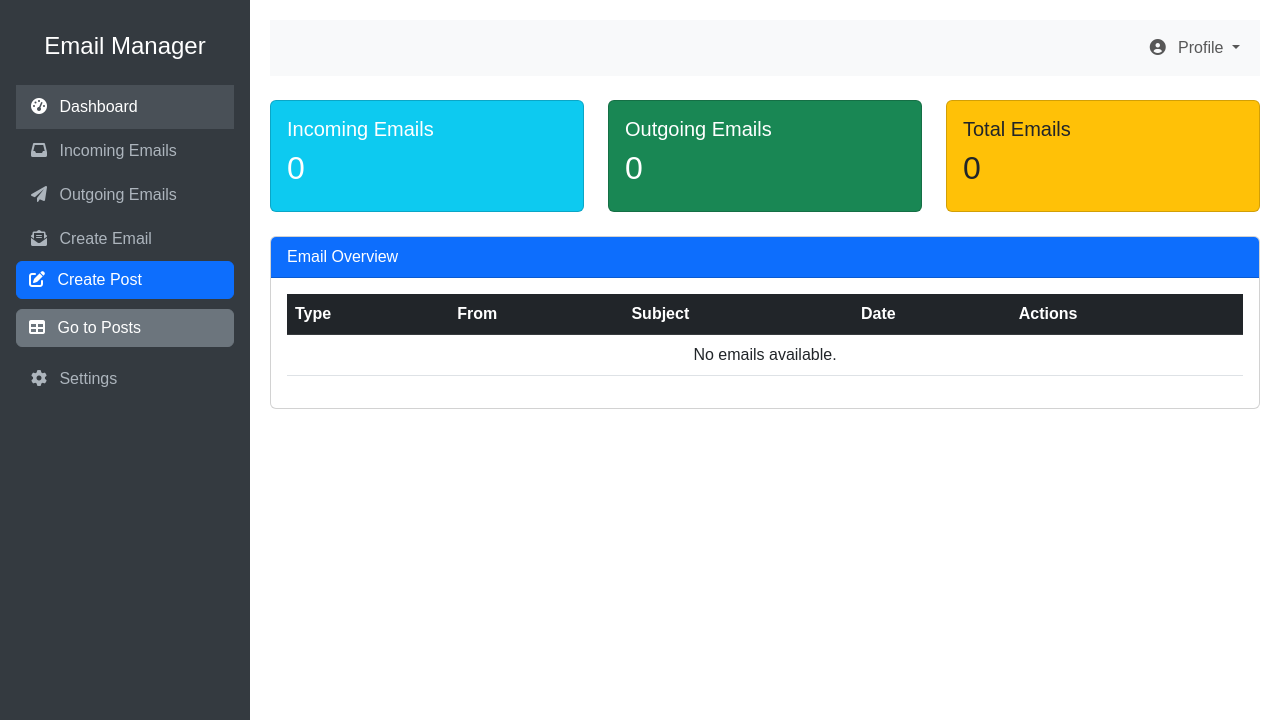
Repository: Abdulahi338/Authentication-using-laravel-11
Page: http://localhost/dashboard
An editor plug-in stored every save of this project. The page is shown before and after the next save, followed by the edit.
The browser window is 1280 px wide. The pictures show the whole page.
The page is served by the project's Laravel application, run on PHP 8.4 with Laravel 12. A made-up administrator, Test User (test@example.com), is signed in. Queries for data that is not in the repository find no rows.

Above is the page before, as saved 2024-11-25 10:40:24.

After the next save:
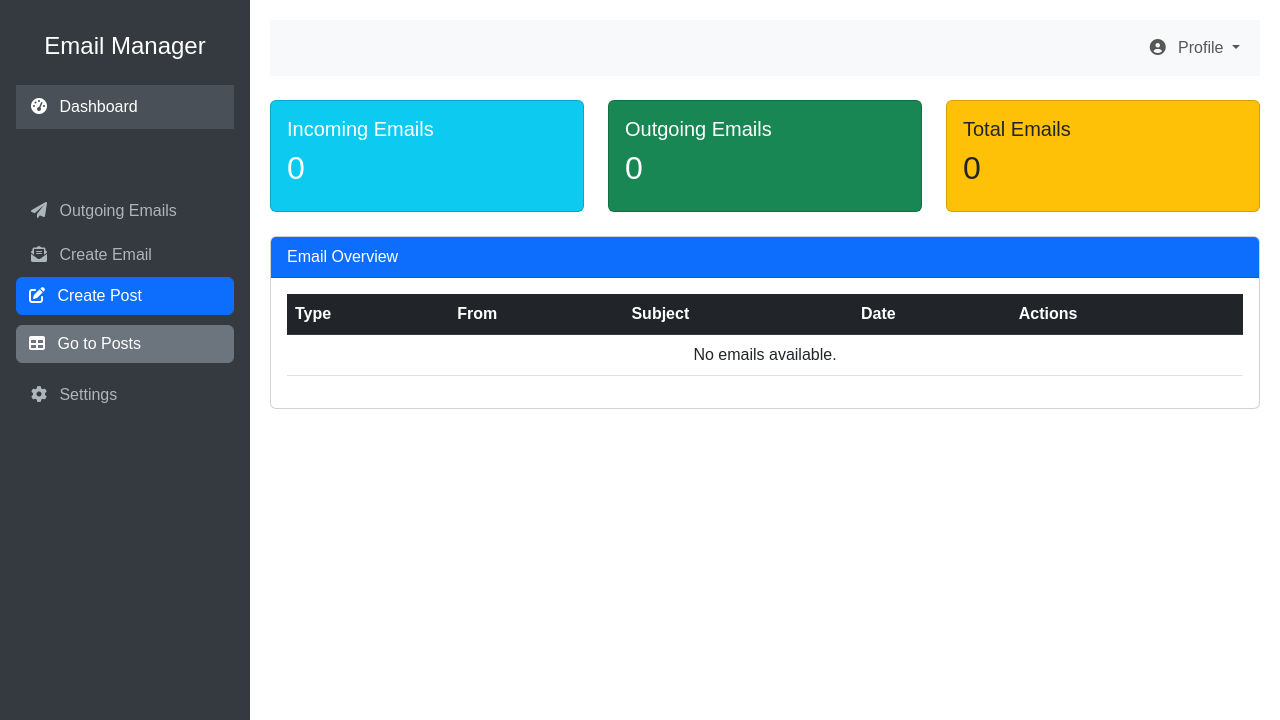
Saved 7 min 44 s later.
--- a/resources/views/emails/dashboard.blade.php
+++ b/resources/views/emails/dashboard.blade.php
@@ -50,8 +50,7 @@
             </li>
             <li class="nav-item">
                 <a href="{{ route('emails.incoming') }}" class="nav-link {{ request()->routeIs('emails.incoming') ? 'active' : '' }}">
-                    <i class="fas fa-inbox me-2"></i> Incoming Emails
-                </a>
+
             </li>
             <li class="nav-item">
                 <a href="{{ route('emails.outgoing') }}" class="nav-link {{ request()->routeIs('emails.outgoing') ? 'active' : '' }}">

After the save that followed:
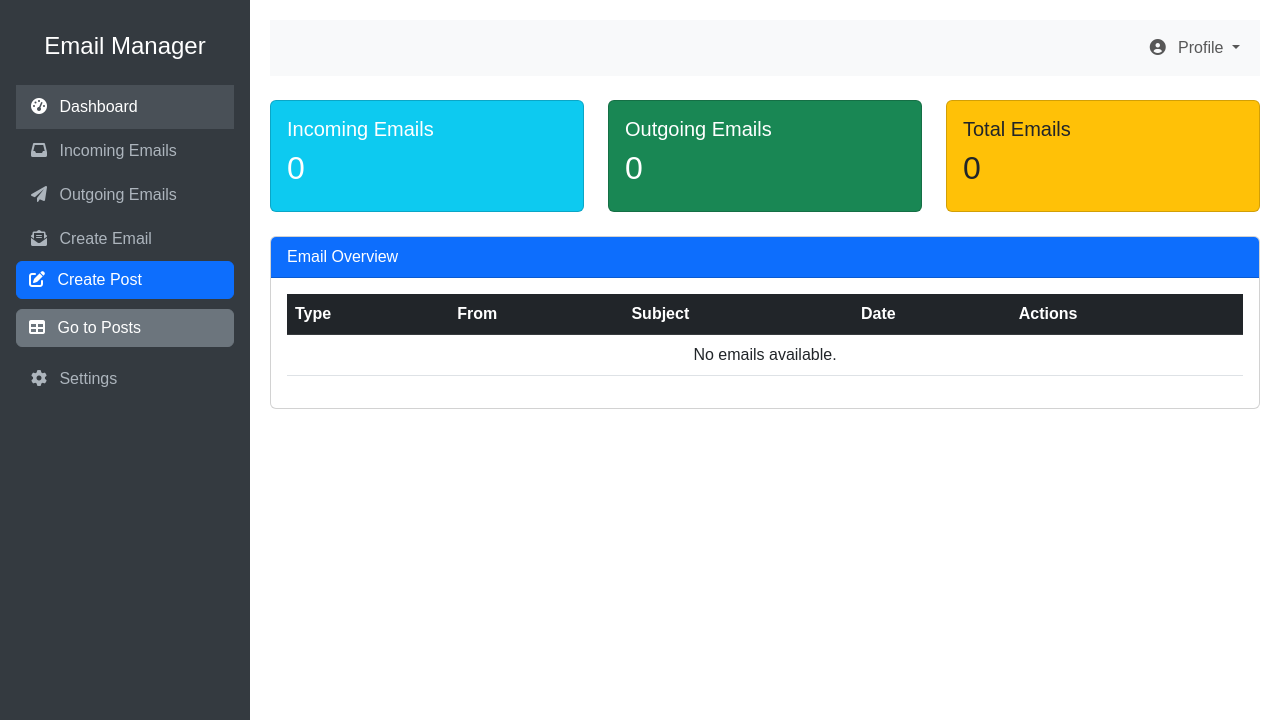
Saved 36 s later.
--- a/resources/views/emails/dashboard.blade.php
+++ b/resources/views/emails/dashboard.blade.php
@@ -50,7 +50,8 @@
             </li>
             <li class="nav-item">
                 <a href="{{ route('emails.incoming') }}" class="nav-link {{ request()->routeIs('emails.incoming') ? 'active' : '' }}">
-
+                    <i class="fas fa-inbox me-2"></i> Incoming Emails
+                </a>
             </li>
             <li class="nav-item">
                 <a href="{{ route('emails.outgoing') }}" class="nav-link {{ request()->routeIs('emails.outgoing') ? 'active' : '' }}">
